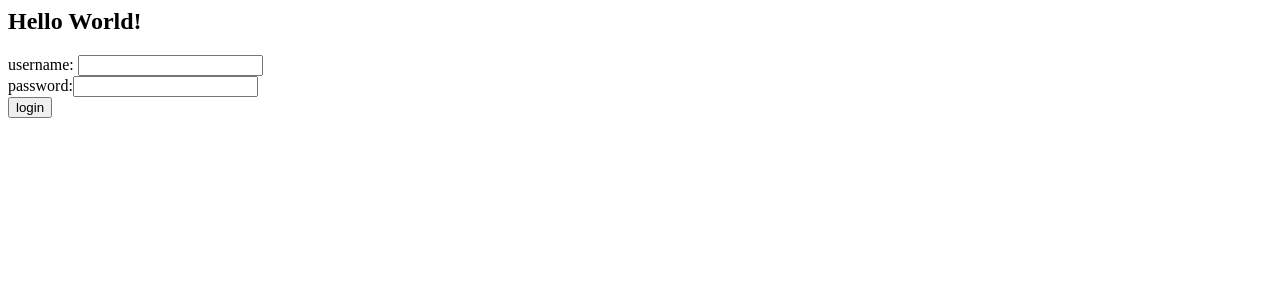
Repository: adit22747/java
Page: http://localhost/web-example1/
These files come from the project's save history. The page is drawn as it stood at one moment and after the next save; the edit follows.
The browser window is 1280 px wide. The pictures show the whole page.
The page is served by Tomcat 9.

Above is the page before, as saved 2021-02-01 11:12:51.

After the next save:
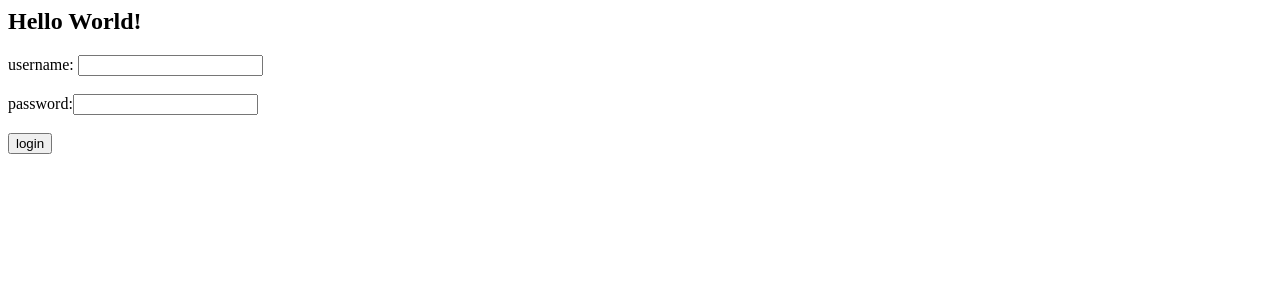
Saved 66 s later.
--- a/advance_java/programs/web-example1/src/main/webapp/index.jsp
+++ b/advance_java/programs/web-example1/src/main/webapp/index.jsp
@@ -3,9 +3,9 @@
 <h2>Hello World!</h2>
 <form action="Login" method="post">
 username: <input type="text" name="username">
-<br>
+<br><br>
 password:<input type="password" name="password">
-<br>
+<br><br>
 <input type="submit" value="login">
 </form>
 </body>
